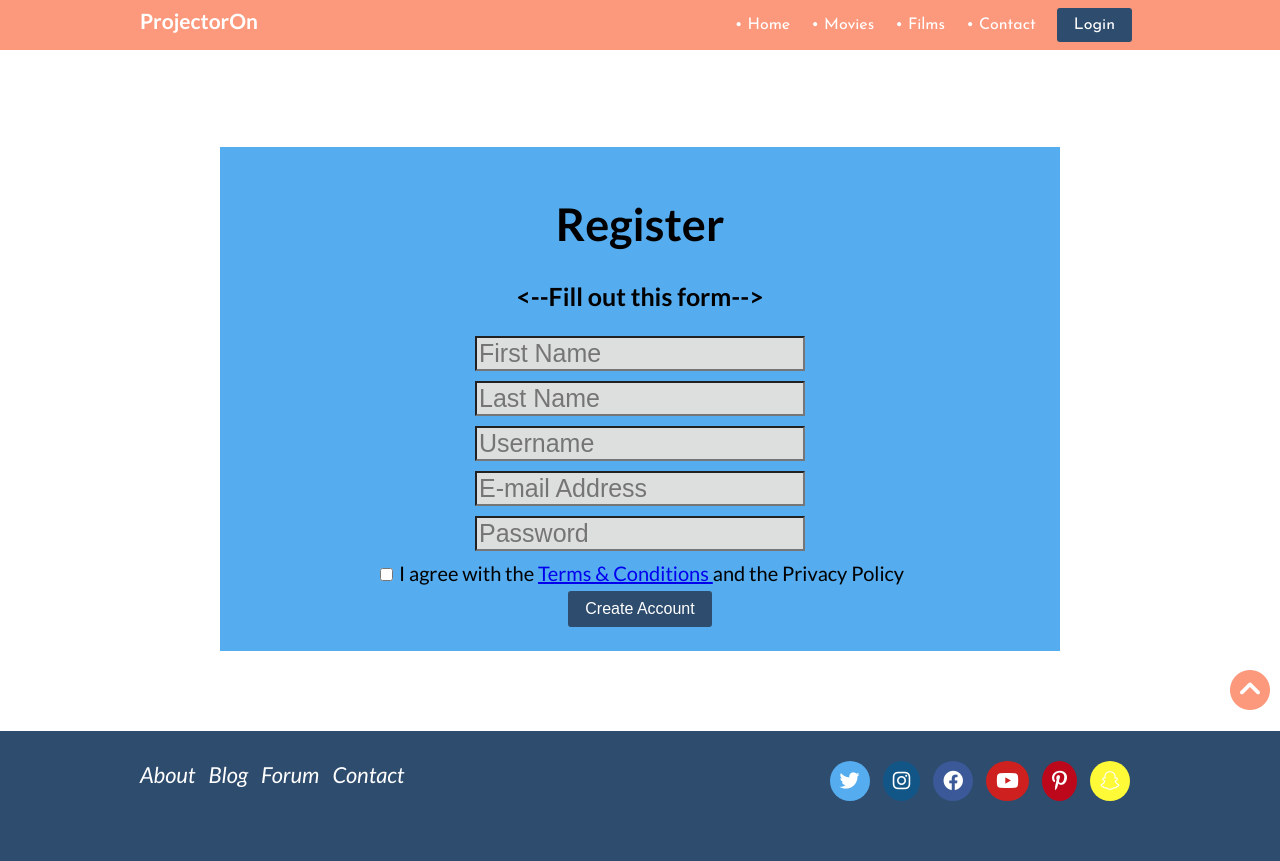
Repository: albayrakfatih/ProjectorOn_WebMovieApp
Page: register.html
An editor plug-in stored every save of this project. The page is shown before and after the next save, followed by the edit.
The browser window is 1280 px wide. The pictures show the whole page.
Some web libraries are served in a nearby version.

Above is the page before, as saved 2023-04-30 02:07:41.

After the next save:
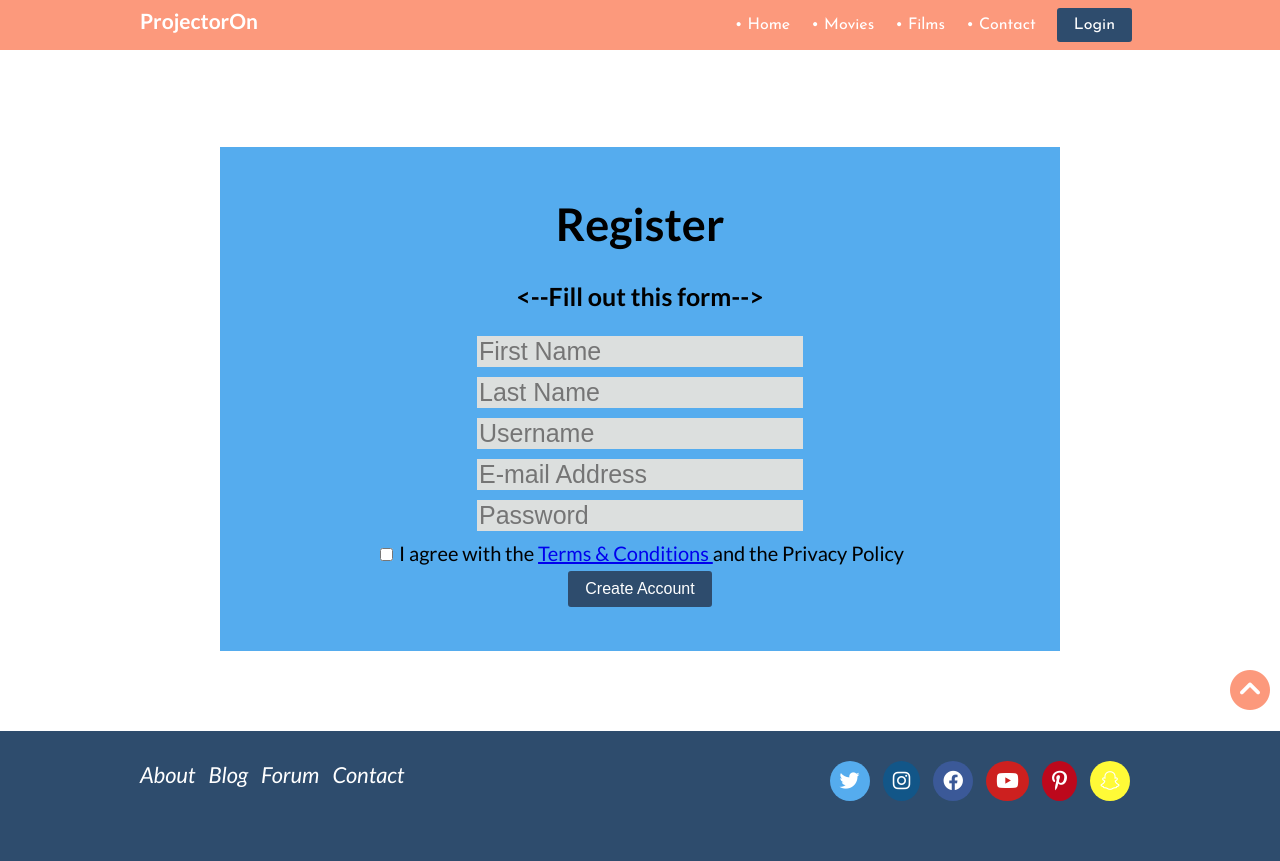
Saved 28 s later.
--- a/css/styles.css
+++ b/css/styles.css
@@ -404,7 +404,7 @@
     font-size: 25px;
     margin-bottom: 10px;
     background-color: #dcdfde;
-    border:
+    border: 1px
 }
 .signup-form label {
     font-size: 20px;

After the 2 saves that followed:
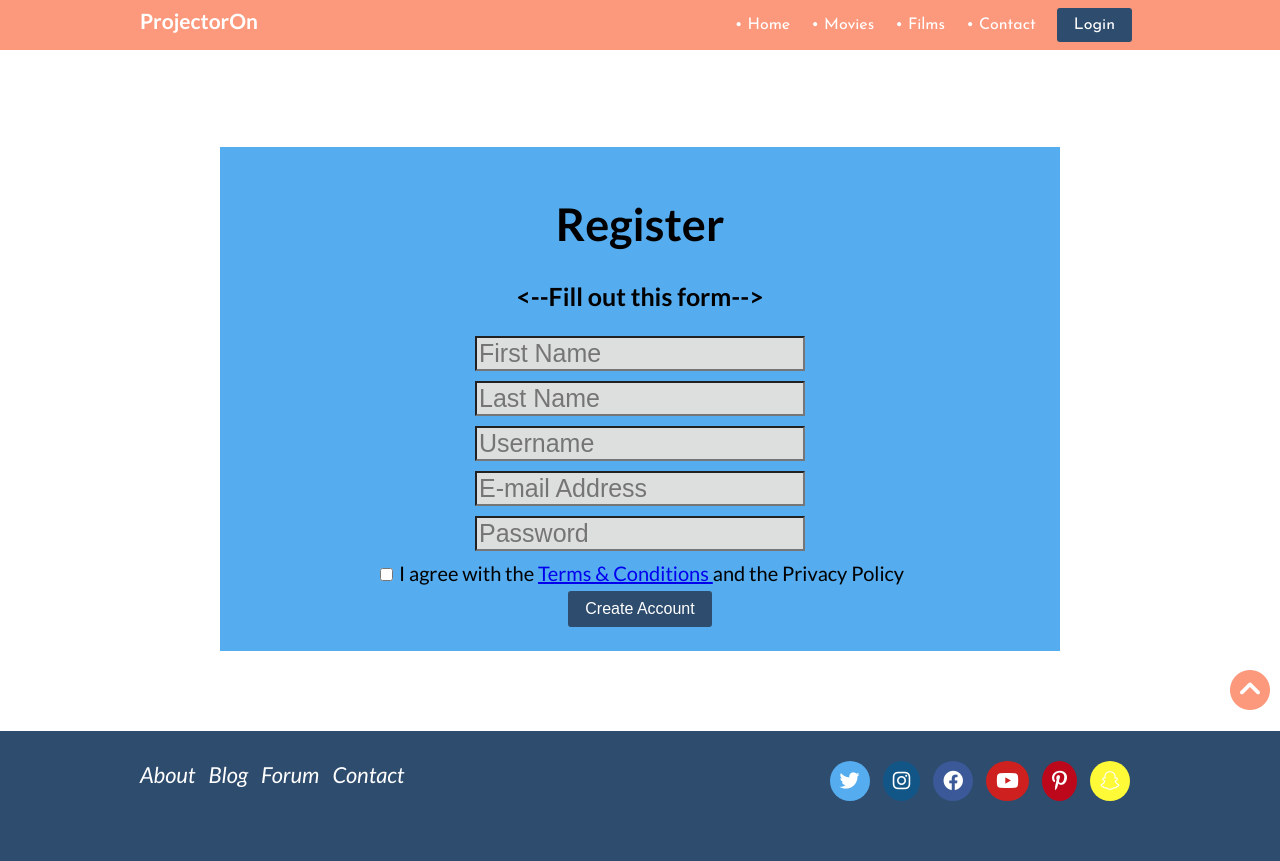
The 2 saves are shown as one change because they came seconds apart.
The last was saved 7 s later.
--- a/css/styles.css
+++ b/css/styles.css
@@ -404,7 +404,7 @@
     font-size: 25px;
     margin-bottom: 10px;
     background-color: #dcdfde;
-    border: 1px
+    border: 1px solid #
 }
 .signup-form label {
     font-size: 20px;
